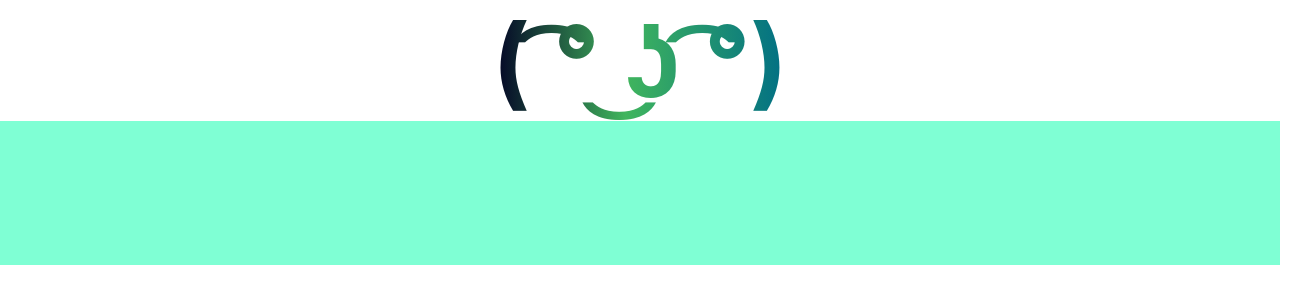
Repository: ogigg/react-Lenny-generator
Page: / (app in lenny-generator/)
These files come from the project's save history. The page is drawn as it stood at one moment and after a run of saves; the edit follows.
The browser window is 1280 px wide. The page is 1280 px wide, then 1292 px, so the pictures cover 1292 px, including what lies to the right of the window. The pictures show the whole page.
The project was rebuilt for these pictures with package versions that can differ from the ones it lists, and the page was loaded fresh each time.

Above is the page before, as saved 2019-12-12 15:52:40.

After the next 2 saves:
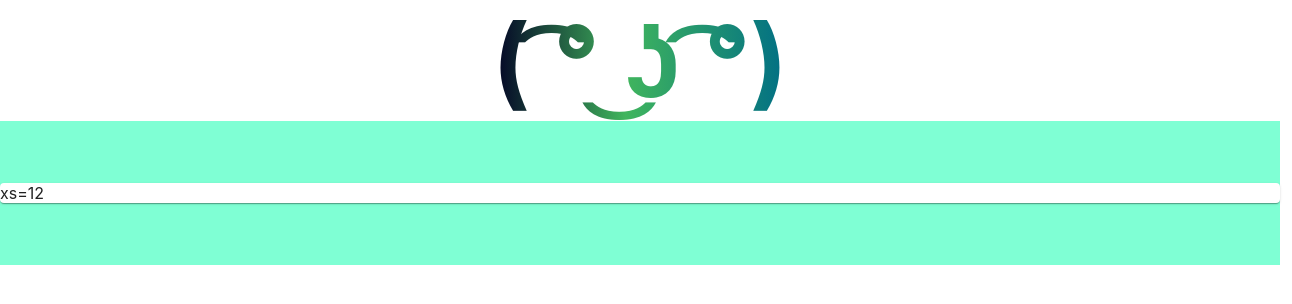
The 2 saves are shown as one change because 1 did not build or start.
The last was saved 24 s later.
--- a/lenny-generator/src/App.js
+++ b/lenny-generator/src/App.js
@@ -19,7 +19,9 @@
       <Lenny lenny={this.state.lennyFace}/>
       <div className="menu-wrapper">
         <Grid container spacing={3}>
-
+          <Grid item xs={12}>
+            <Paper>xs=12</Paper>
+          </Grid>
         </Grid>
       </div>
     </div>
